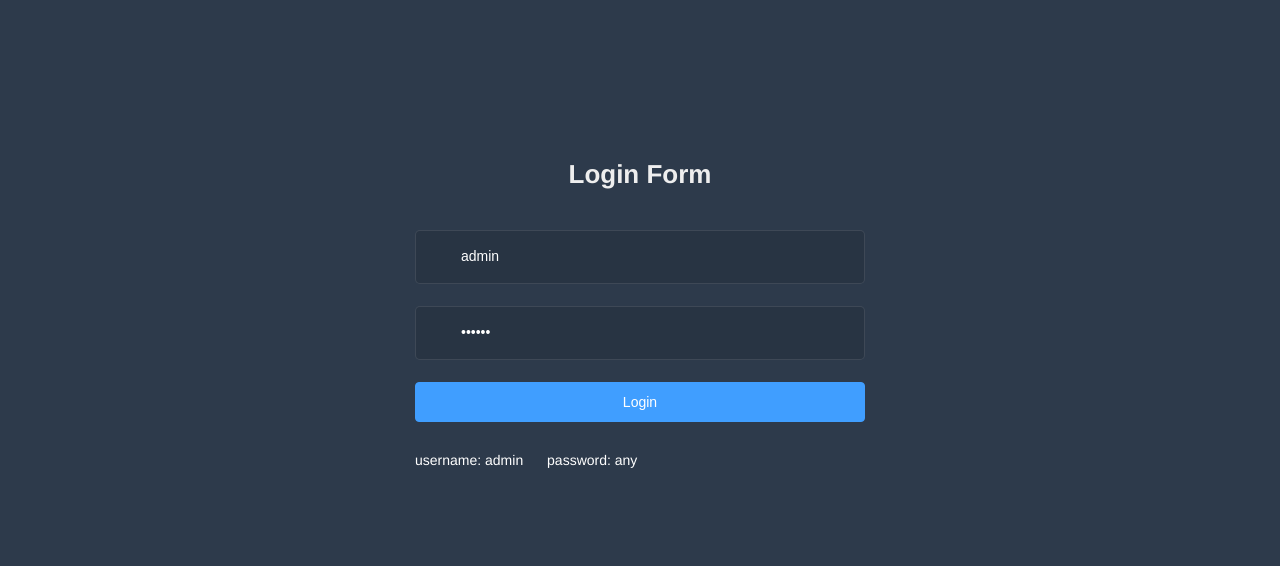
Repository: LoserFeng/SFAMS_front
Page: /#/form/index
An editor plug-in stored every save of this project. The page is shown before and after the next save, followed by the edit.
The browser window is 1280 px wide. The pictures show the whole page.
The project was rebuilt for these pictures with package versions that can differ from the ones it lists, and the page was loaded fresh each time. Also part of the build but not shown: vue.config.js, src/components/Breadcrumb/index.vue, src/components/Hamburger/index.vue, src/layout/components/Navbar.vue, src/layout/components/Sidebar/Logo.vue, src/layout/components/Sidebar/Item.vue, src/layout/components/Sidebar/Link.vue, src/layout/components/Sidebar/FixiOSBug.js and 7 more. Imported but missing from the stored project, and not drawn on this page: src/api/user.

Above is the page before, as saved 2023-09-25 16:43:09.

### src/styles/index.scss
@import './variables.scss';
@import './mixin.scss';
@import './transition.scss';
@import './element-ui.scss';
@import './sidebar.scss';

body {
  height: 100%;
  -moz-osx-font-smoothing: grayscale;
  -webkit-font-smoothing: antialiased;
  text-rendering: optimizeLegibility;
  font-family: Helvetica Neue, Helvetica, PingFang SC, Hiragino Sans GB, Microsoft YaHei, Arial, sans-serif;
}

label {
  font-weight: 700;
}

html {
  height: 100%;
  box-sizing: border-box;
}

#app {
  height: 100%;
}

*,
*:before,
*:after {
  box-sizing: inherit;
}

a:focus,
a:active {
  outline: none;
}

a,
a:focus,
a:hover {
  cursor: pointer;
  color: inherit;
  text-decoration: none;
}

div:focus {
  outline: none;
}

.clearfix {
  &:after {
    visibility: hidden;
    display: block;
    font-size: 0;
    content: " ";
    clear: both;
    height: 0;
  }
}

// main-container global css
.app-container {
  padding: 20px;
}

### src/permission.js
import router from './router'
import store from './store'
import { Message } from 'element-ui'
import NProgress from 'nprogress' // progress bar
import 'nprogress/nprogress.css' // progress bar style
import { getToken } from '@/utils/auth' // get token from cookie
import getPageTitle from '@/utils/get-page-title'

NProgress.configure({ showSpinner: false }) // NProgress Configuration

const whiteList = ['/login'] // no redirect whitelist

router.beforeEach(async(to, from, next) => {
  // start progress bar
  NProgress.start()

  // set page title
  document.title = getPageTitle(to.meta.title)

  // determine whether the user has logged in
  const hasToken = getToken()

  if (hasToken) {
    if (to.path === '/login') {
      // if is logged in, redirect to the home page
      next({ path: '/' })
      NProgress.done()
    } else {
      const hasGetUserInfo = store.getters.name
      if (hasGetUserInfo) {
        next()
      } else {
        try {
          // get user info
          await store.dispatch('user/getInfo')

          next()
        } catch (error) {
          // remove token and go to login page to re-login
          await store.dispatch('user/resetToken')
          Message.error(error || 'Has Error')
          next(`/login?redirect=${to.path}`)
          NProgress.done()
        }
      }
    }
  } else {
    /* has no token*/

    if (whiteList.indexOf(to.path) !== -1) {
      // in the free login whitelist, go directly
      next()
    } else {
      // other pages that do not have permission to access are redirected to the login page.
      next(`/login?redirect=${to.path}`)
      NProgress.done()
    }
  }
})

router.afterEach(() => {
  // finish progress bar
  NProgress.done()
})

### src/styles/transition.scss
// global transition css

/* fade */
.fade-enter-active,
.fade-leave-active {
  transition: opacity 0.28s;
}

.fade-enter,
.fade-leave-active {
  opacity: 0;
}

/* fade-transform */
.fade-transform-leave-active,
.fade-transform-enter-active {
  transition: all .5s;
}

.fade-transform-enter {
  opacity: 0;
  transform: translateX(-30px);
}

.fade-transform-leave-to {
  opacity: 0;
  transform: translateX(30px);
}

/* breadcrumb transition */
.breadcrumb-enter-active,
.breadcrumb-leave-active {
  transition: all .5s;
}

.breadcrumb-enter,
.breadcrumb-leave-active {
  opacity: 0;
  transform: translateX(20px);
}

.breadcrumb-move {
  transition: all .5s;
}

.breadcrumb-leave-active {
  position: absolute;
}

### src/styles/sidebar.scss
#app {

  .main-container {
    min-height: 100%;
    transition: margin-left .28s;
    margin-left: $sideBarWidth;
    position: relative;
  }

  .sidebar-container {
    transition: width 0.28s;
    width: $sideBarWidth !important;
    background-color: $menuBg;
    height: 100%;
    position: fixed;
    font-size: 0px;
    top: 0;
    bottom: 0;
    left: 0;
    z-index: 1001;
    overflow: hidden;

    // reset element-ui css
    .horizontal-collapse-transition {
      transition: 0s width ease-in-out, 0s padding-left ease-in-out, 0s padding-right ease-in-out;
    }

    .scrollbar-wrapper {
      overflow-x: hidden !important;
    }

    .el-scrollbar__bar.is-vertical {
      right: 0px;
    }

    .el-scrollbar {
      height: 100%;
    }

    &.has-logo {
      .el-scrollbar {
        height: calc(100% - 50px);
      }
    }

    .is-horizontal {
      display: none;
    }

    a {
      display: inline-block;
      width: 100%;
      overflow: hidden;
    }

    .svg-icon {
      margin-right: 16px;
    }

    .sub-el-icon {
      margin-right: 12px;
      margin-left: -2px;
    }

    .el-menu {
      border: none;
      height: 100%;
      width: 100% !important;
    }

    // menu hover
    .submenu-title-noDropdown,
    .el-submenu__title {
      &:hover {
        background-color: $menuHover !important;
      }
    }

    .is-active>.el-submenu__title {
      color: $subMenuActiveText !important;
    }

    & .nest-menu .el-submenu>.el-submenu__title,
    & .el-submenu .el-menu-item {
      min-width: $sideBarWidth !important;
      background-color: $subMenuBg !important;

      &:hover {
        background-color: $subMenuHover !important;
      }
    }
  }

  .hideSidebar {
    .sidebar-container {
      width: 54px !important;
    }

    .main-container {
      margin-left: 54px;
    }

    .submenu-title-noDropdown {
      padding: 0 !important;
      position: relative;

      .el-tooltip {
        padding: 0 !important;

        .svg-icon {
          margin-left: 20px;
        }

        .sub-el-icon {
          margin-left: 19px;
        }
      }
    }

    .el-submenu {
      overflow: hidden;

      &>.el-submenu__title {
        padding: 0 !important;

        .svg-icon {
          margin-left: 20px;
        }

        .sub-el-icon {
          margin-left: 19px;
        }

        .el-submenu__icon-arrow {
          display: none;
        }
      }
    }

    .el-menu--collapse {
      .el-submenu {
        &>.el-submenu__title {
          &>span {
            height: 0;
            width: 0;
            overflow: hidden;
            visibility: hidden;
            display: inline-block;
          }
        }
      }
    }
  }

  .el-menu--collapse .el-menu .el-submenu {
    min-width: $sideBarWidth !important;
  }

  // mobile responsive
  .mobile {
    .main-container {
      margin-left: 0px;
    }

    .sidebar-container {
      transition: transform .28s;
      width: $sideBarWidth !important;
    }

    &.hideSidebar {
      .sidebar-container {
        pointer-events: none;
        transition-duration: 0.3s;
        transform: translate3d(-$sideBarWidth, 0, 0);
      }
    }
  }

  .withoutAnimation {

    .main-container,
    .sidebar-container {
      transition: none;
    }
  }
}

// when menu collapsed
.el-menu--vertical {
  &>.el-menu {
    .svg-icon {
      margin-right: 16px;
    }
    .sub-el-icon {
      margin-right: 12px;
      margin-left: -2px;
    }
  }

  .nest-menu .el-submenu>.el-submenu__title,
  .el-menu-item {
    &:hover {
      // you can use $subMenuHover
      background-color: $menuHover !important;
    }
  }

  // the scroll bar appears when the subMenu is too long
  >.el-menu--popup {
    max-height: 100vh;
    overflow-y: auto;

    &::-webkit-scrollbar-track-piece {
      background: #d3dce6;
    }

    &::-webkit-scrollbar {
      width: 6px;
    }

    &::-webkit-scrollbar-thumb {
      background: #99a9bf;
      border-radius: 20px;
    }
  }
}

### src/store/modules/app.js
import Cookies from 'js-cookie'

const state = {
  sidebar: {
    opened: Cookies.get('sidebarStatus') ? !!+Cookies.get('sidebarStatus') : true,
    withoutAnimation: false
  },
  device: 'desktop'
}

const mutations = {
  TOGGLE_SIDEBAR: state => {
    state.sidebar.opened = !state.sidebar.opened
    state.sidebar.withoutAnimation = false
    if (state.sidebar.opened) {
      Cookies.set('sidebarStatus', 1)
    } else {
      Cookies.set('sidebarStatus', 0)
    }
  },
  CLOSE_SIDEBAR: (state, withoutAnimation) => {
    Cookies.set('sidebarStatus', 0)
    state.sidebar.opened = false
    state.sidebar.withoutAnimation = withoutAnimation
  },
  TOGGLE_DEVICE: (state, device) => {
    state.device = device
  }
}

const actions = {
  toggleSideBar({ commit }) {
    commit('TOGGLE_SIDEBAR')
  },
  closeSideBar({ commit }, { withoutAnimation }) {
    commit('CLOSE_SIDEBAR', withoutAnimation)
  },
  toggleDevice({ commit }, device) {
    commit('TOGGLE_DEVICE', device)
  }
}

export default {
  namespaced: true,
  state,
  mutations,
  actions
}

### src/store/modules/user.js
import { login, logout, getInfo } from '@/api/user'
import { getToken, setToken, removeToken } from '@/utils/auth'
import { resetRouter } from '@/router'

const getDefaultState = () => {
  return {
    token: getToken(),
    name: '',
    avatar: ''
  }
}

const state = getDefaultState()

const mutations = {
  RESET_STATE: (state) => {
    Object.assign(state, getDefaultState())
  },
  SET_TOKEN: (state, token) => {
    state.token = token
  },
  SET_NAME: (state, name) => {
    state.name = name
  },
  SET_AVATAR: (state, avatar) => {
    state.avatar = avatar
  }
}

const actions = {
  // user login
  login({ commit }, userInfo) {
    const { username, password } = userInfo
    return new Promise((resolve, reject) => {
      login({ username: username.trim(), password: password }).then(response => {
        const { data } = response
        commit('SET_TOKEN', data.token)
        setToken(data.token)
        resolve()
      }).catch(error => {
        reject(error)
      })
    })
  },

  // get user info
  getInfo({ commit, state }) {
    return new Promise((resolve, reject) => {
      getInfo(state.token).then(response => {
        const { data } = response

        if (!data) {
          return reject('Verification failed, please Login again.')
        }

        const { name, avatar } = data

        commit('SET_NAME', name)
        commit('SET_AVATAR', avatar)
        resolve(data)
      }).catch(error => {
        reject(error)
      })
    })
  },

  // user logout
  logout({ commit, state }) {
    return new Promise((resolve, reject) => {
      logout(state.token).then(() => {
        removeToken() // must remove  token  first
        resetRouter()
        commit('RESET_STATE')
        resolve()
      }).catch(error => {
        reject(error)
      })
    })
  },

  // remove token
  resetToken({ commit }) {
    return new Promise(resolve => {
      removeToken() // must remove  token  first
      commit('RESET_STATE')
      resolve()
    })
  }
}

export default {
  namespaced: true,
  state,
  mutations,
  actions
}

### src/views/login/index.vue
<template>
  <div class="login-container">
    <el-form ref="loginForm" :model="loginForm" :rules="loginRules" class="login-form" auto-complete="on" label-position="left">

      <div class="title-container">
        <h3 class="title">Login Form</h3>
      </div>

      <el-form-item prop="username">
        <span class="svg-container">
          <svg-icon icon-class="user" />
        </span>
        <el-input
          ref="username"
          v-model="loginForm.username"
          placeholder="Username"
          name="username"
          type="text"
          tabindex="1"
          auto-complete="on"
        />
      </el-form-item>

      <el-form-item prop="password">
        <span class="svg-container">
          <svg-icon icon-class="password" />
        </span>
        <el-input
          :key="passwordType"
          ref="password"
          v-model="loginForm.password"
          :type="passwordType"
          placeholder="Password"
          name="password"
          tabindex="2"
          auto-complete="on"
          @keyup.enter.native="handleLogin"
        />
        <span class="show-pwd" @click="showPwd">
          <svg-icon :icon-class="passwordType === 'password' ? 'eye' : 'eye-open'" />
        </span>
      </el-form-item>

      <el-button :loading="loading" type="primary" style="width:100%;margin-bottom:30px;" @click.native.prevent="handleLogin">Login</el-button>

      <div class="tips">
        <span style="margin-right:20px;">username: admin</span>
        <span> password: any</span>
      </div>

    </el-form>
  </div>
</template>

<script>
import { validUsername } from '@/utils/validate'

export default {
  name: 'Login',
  data() {
    const validateUsername = (rule, value, callback) => {
      if (!validUsername(value)) {
        callback(new Error('Please enter the correct user name'))
      } else {
        callback()
      }
    }
    const validatePassword = (rule, value, callback) => {
      if (value.length < 6) {
        callback(new Error('The password can not be less than 6 digits'))
      } else {
        callback()
      }
    }
    return {
      loginForm: {
        username: 'admin',
        password: '111111'
      },
      loginRules: {
        username: [{ required: true, trigger: 'blur', validator: validateUsername }],
        password: [{ required: true, trigger: 'blur', validator: validatePassword }]
      },
      loading: false,
      passwordType: 'password',
      redirect: undefined
    }
  },
  watch: {
    $route: {
      handler: function(route) {
        this.redirect = route.query && route.query.redirect
      },
      immediate: true
    }
  },
  methods: {
    showPwd() {
      if (this.passwordType === 'password') {
        this.passwordType = ''
      } else {
        this.passwordType = 'password'
      }
      this.$nextTick(() => {
        this.$refs.password.focus()
      })
    },
    handleLogin() {
      this.$refs.loginForm.validate(valid => {
        if (valid) {
          this.loading = true
          this.$store.dispatch('user/login', this.loginForm).then(() => {
            this.$router.push({ path: this.redirect || '/' })
            this.loading = false
          }).catch(() => {
            this.loading = false
          })
        } else {
          console.log('error submit!!')
          return false
        }
      })
    }
  }
}
</script>

<style lang="scss">
/* 修复input 背景不协调 和光标变色 */
/* Detail see https://github.com/PanJiaChen/vue-element-admin/pull/927 */

$bg:#283443;
$light_gray:#fff;
$cursor: #fff;

@supports (-webkit-mask: none) and (not (cater-color: $cursor)) {
  .login-container .el-input input {
    color: $cursor;
  }
}

/* reset element-ui css */
.login-container {
  .el-input {
    display: inline-block;
    height: 47px;
    width: 85%;

    input {
      background: transparent;
      border: 0px;
      -webkit-appearance: none;
      border-radius: 0px;
      padding: 12px 5px 12px 15px;
      color: $light_gray;
      height: 47px;
      caret-color: $cursor;

      &:-webkit-autofill {
        box-shadow: 0 0 0px 1000px $bg inset !important;
        -webkit-text-fill-color: $cursor !important;
      }
    }
  }

  .el-form-item {
    border: 1px solid rgba(255, 255, 255, 0.1);
    background: rgba(0, 0, 0, 0.1);
    border-radius: 5px;
    color: #454545;
  }
}
</style>

<style lang="scss" scoped>
$bg:#2d3a4b;
$dark_gray:#889aa4;
$light_gray:#eee;

.login-container {
  min-height: 100%;
  width: 100%;
  background-color: $bg;
  overflow: hidden;

  .login-form {
    position: relative;
    width: 520px;
    max-width: 100%;
    padding: 160px 35px 0;
    margin: 0 auto;
    overflow: hidden;
  }

  .tips {
    font-size: 14px;
    color: #fff;
    margin-bottom: 10px;

    span {
      &:first-of-type {
        margin-right: 16px;
      }
    }
  }

  .svg-container {
    padding: 6px 5px 6px 15px;
    color: $dark_gray;
    vertical-align: middle;
    width: 30px;
    display: inline-block;
  }

  .title-container {
    position: relative;

    .title {
      font-size: 26px;
      color: $light_gray;
      margin: 0px auto 40px auto;
      text-align: center;
      font-weight: bold;
    }
  }

  .show-pwd {
    position: absolute;
    right: 10px;
    top: 7px;
    font-size: 16px;
    color: $dark_gray;
    cursor: pointer;
    user-select: none;
  }
}
</style>

### src/components/SvgIcon/index.vue
<template>
  <div v-if="isExternal" :style="styleExternalIcon" class="svg-external-icon svg-icon" v-on="$listeners" />
  <svg v-else :class="svgClass" aria-hidden="true" v-on="$listeners">
    <use :xlink:href="iconName" />
  </svg>
</template>

<script>
// doc: https://panjiachen.github.io/vue-element-admin-site/feature/component/svg-icon.html#usage
import { isExternal } from '@/utils/validate'

export default {
  name: 'SvgIcon',
  props: {
    iconClass: {
      type: String,
      required: true
    },
    className: {
      type: String,
      default: ''
    }
  },
  computed: {
    isExternal() {
      return isExternal(this.iconClass)
    },
    iconName() {
      return `#icon-${this.iconClass}`
    },
    svgClass() {
      if (this.className) {
        return 'svg-icon ' + this.className
      } else {
        return 'svg-icon'
      }
    },
    styleExternalIcon() {
      return {
        mask: `url(${this.iconClass}) no-repeat 50% 50%`,
        '-webkit-mask': `url(${this.iconClass}) no-repeat 50% 50%`
      }
    }
  }
}
</script>

<style scoped>
.svg-icon {
  width: 1em;
  height: 1em;
  vertical-align: -0.15em;
  fill: currentColor;
  overflow: hidden;
}

.svg-external-icon {
  background-color: currentColor;
  mask-size: cover!important;
  display: inline-block;
}
</style>

Loaded but not shown: public/index.html (common file); src/main.js (common file); src/App.vue (common file); src/store/index.js (common file); src/router/index.js (common file); src/icons/index.js (common file); src/styles/mixin.scss (common file); src/styles/element-ui.scss (common file); src/store/getters.js (common file); src/store/modules/settings.js (common file); src/utils/auth.js (common file); src/utils/get-page-title.js (common file); src/settings.js (common file); src/utils/validate.js (common file)

After the next save:
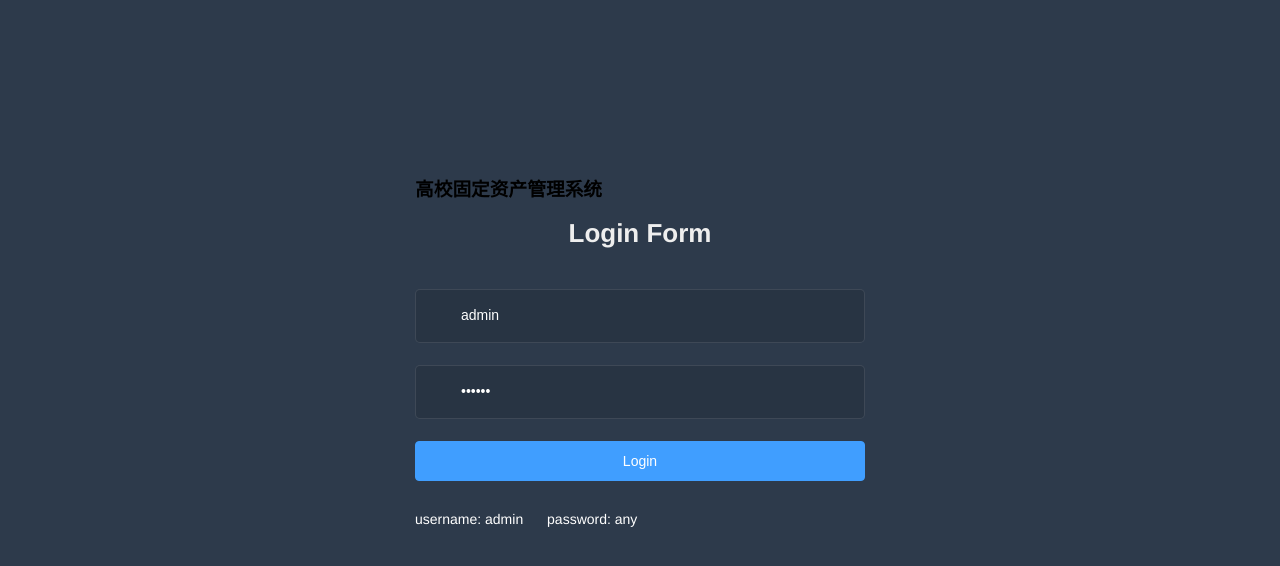
Saved 4 h 9 min later.
--- a/src/views/login/index.vue
+++ b/src/views/login/index.vue
@@ -1,7 +1,7 @@
 <template>
   <div class="login-container">
     <el-form ref="loginForm" :model="loginForm" :rules="loginRules" class="login-form" auto-complete="on" label-position="left">
-
+      <h3 class="title">高校固定资产管理系统</h3>
       <div class="title-container">
         <h3 class="title">Login Form</h3>
       </div>
